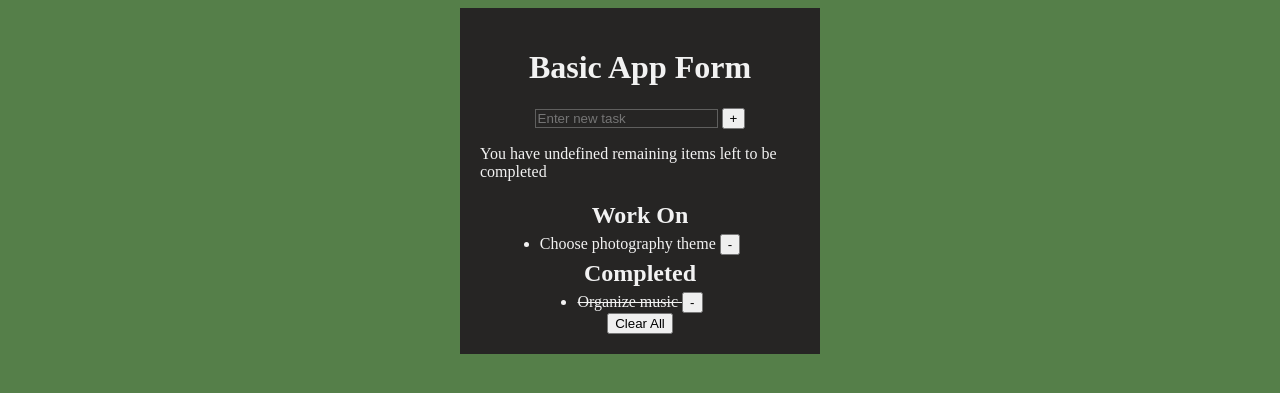
Repository: Kayla-amr/dgm_3760
Page: todoTemplate-W2/index.html
These files come from the project's save history. The page is drawn as it stood at one moment and after a run of saves; the edit follows.
The browser window is 1280 px wide. The pictures show the whole page.

Above is the page before, as saved 2022-11-08 13:00:16.

### todoTemplate-W2/index.html
<!DOCTYPE html>
<html lang="en">

<head>
    <meta charset="UTF-8">
    <meta http-equiv="X-UA-Compatible" content="IE=edge">
    <meta name="viewport" content="width=device-width, initial-scale=1.0">
    <link rel="stylesheet" href="styles.css">
    <title>Basic Todo App</title>
</head>

<body>
    <main>
        <div class="taskForm">
            <h1 class="formTitle"></h1>
            <div>
                <input class="userInput" type="text" placeholder="Enter new task">
                <button class="addTask">+</button>
            </div>
            <p class="remainingTasks"></p>
            <h2>Work On</h2>
            <ul class='todoTasks'>
            </ul>
            <h2>Completed</h2>
            <ul class='completedTasks'>
            </ul>

            <button id="clearBtn">Clear All</button>
    </main>

    </div>
</body>
<script src="/todoTemplate-W2/index.js"></script>

</html>

### todoTemplate-W2/styles.css
body{
    background-color: #557f49;
    color: #f2f2f2;
}
main{
    display: flex;
    justify-content: center;
}
h2{
    margin: 0;
    padding: 5px;
}
.taskForm{
    background-color: #262524;
    padding: 20px;
    width: 20rem;
    display: flex;
    flex-direction: column;
    align-items: center;
}

.todoTasks{
    margin: 0;
    padding: 0;
}
.completedTasks{
    margin: 0;
    padding: 0;
}
.userInput{
    background-color: #eaaf1900;
    border: 1px solid #808080a1;
    color: #f2f2f2;
}

### todoTemplate-W2/index.js
const addBtn = document.querySelector('.addTask'); //store element object for the add task button
const todoTaskUl = document.querySelector('.todoTasks'); //get a reference to the task container UL
const completedTaskUL = document.querySelector('.completedTasks'); //get a reference to the task container UL
const clearBtn = document.querySelector('#clearBtn'); //clear button
const removeBtn = document.querySelector('.removeBtn');
const remainingTasks = document.querySelector('.remainingTasks');

let myList = [
	{
		id: 0,
		name: 'Choose photography theme',
		category: 'Homework',
		due_date: 'Tomorrow',
		status: false
	},
	{
		id: 1,
		name: 'Organize music',
		category: 'Chores',
		due_date: 'Wednesday',
		status: true
	}
];

//app title
document.querySelector('.formTitle').innerText = 'Basic App Form';

//view todods

function displayTodos(todos) {
	//clear out any tasks (li elements) that are in the UL
	todoTaskUl.innerHTML = '';
	completedTaskUL.innerHTML = '';
	//for each todo in the array, add it to the container UL
	todos.forEach(function(myTask) {
		if (myTask.status != true) {
			todoTaskUl.innerHTML += `<li data-todoId='${myTask.id}'> ${myTask.name} <button class="removeBtn" onclick="deleteTask()">-</button></li>`;

			remainingTasks.textContent = `You have ${todoTaskUl.length} remaining items left to be completed`;
		} else {
			completedTaskUL.style.textDecoration = 'line-through';
			completedTaskUL.innerHTML += `<li data-todoId='${myTask.id}'> ${myTask.name} <button class="removeBtn" onclick="deleteTask()">-</button></li>`;
		}
	});
}

//add todos

function addTask() {
	let userInput = document.querySelector('.userInput').value;

	const newTodoObj = {
		id: myList.length + 1,
		name: userInput,
		category: null,
		due_date: null,
		status: false
	};

	myList.push(newTodoObj);
	displayTodos(myList);
}

// create a function to complete todos
function editTask() {
	const clickedTodoId = event.target.dataset.todoid;
	const todoIdx = myList.findIndex((todo) => todo.id == clickedTodoId);
	myList[todoIdx].status = !myList[todoIdx].status;
	console.log(myList);
	displayTodos(myList);
	// function will take 1 parameter (input) an id of the todo to complete
	// find the todo to complete and then change the value of status in the todo object
	//use the .findIndex method to get the index
	//then edit the object directly using bracket notation
	//IE: myList[todoIDX].status
}

//create a function to delete todos
function deleteTask() {
	const todoIdx = myList.findIndex((todo) => todo.obj == removeBtn);
	myList.splice(todoIdx, 1);
	displayTodos(myList);
	//much the same as the complete todo function
	//instead of editing the object, you will need to remove it from the array
}

function deleteComplete() {
	myList.forEach((todo, index, array) => {
		if (todo.status) {
			array.splice(index, 1);
		}
	});
}

function remaining() {
	let todoTaskUl = document.querySelector('.todoTasks').getElementsByTagName('li').length;

	remainingTasks.textContent = `You have ${todoTaskUl} remaining items left to be completed`;
}

remaining();

//for complete and delete event listeners you will need to listen for events on the UL

addBtn.addEventListener('click', (event) => {
	addTask();
});

todoTaskUl.addEventListener('click', (event) => {
	editTask();
});

completedTaskUL.addEventListener('click', (event) => {
	editTask();
});

clearBtn.addEventListener('click', (event) => {
	deleteComplete();
	displayTodos(myList);
});

//on page load, show the todos
displayTodos(myList);

After the next 4 saves:
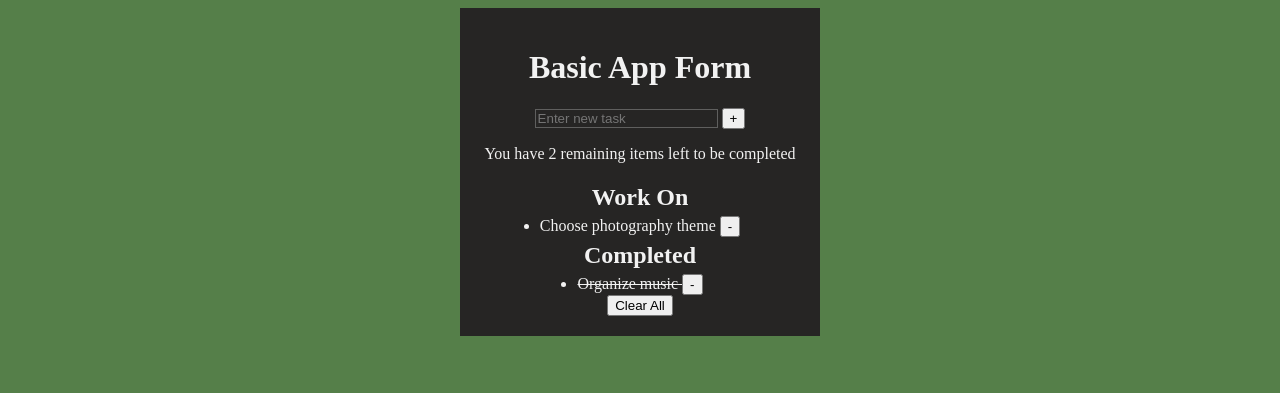
The 4 saves are shown as one change because they came seconds apart.
The last was saved 17 s later.
--- a/todoTemplate-W2/index.js
+++ b/todoTemplate-W2/index.js
@@ -36,7 +36,7 @@ function displayTodos(todos) {
 		if (myTask.status != true) {
 			todoTaskUl.innerHTML += `<li data-todoId='${myTask.id}'> ${myTask.name} <button class="removeBtn" onclick="deleteTask()">-</button></li>`;
 
-			remainingTasks.textContent = `You have ${todoTaskUl.length} remaining items left to be completed`;
+			remainingTasks.textContent = `You have ${todoTaskUl.tagName.length} remaining items left to be completed`;
 		} else {
 			completedTaskUL.style.textDecoration = 'line-through';
 			completedTaskUL.innerHTML += `<li data-todoId='${myTask.id}'> ${myTask.name} <button class="removeBtn" onclick="deleteTask()">-</button></li>`;
